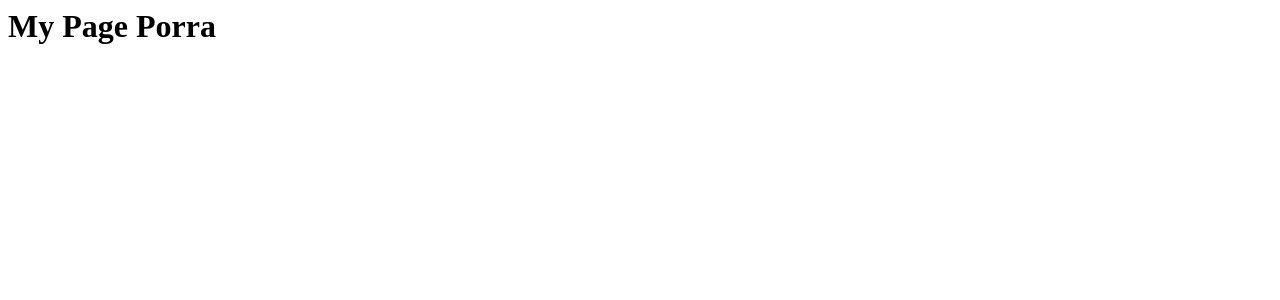
Repository: Arturgouveia1970/SaaS-art-sample
Page: http://localhost/
These files come from the project's save history. The page is drawn as it stood at one moment and after a run of saves; the edit follows.
The browser window is 1280 px wide. The pictures show the whole page.
The page is served by the project's application, run on Django 5.2 (src/manage.py).

Above is the page before, as saved 2025-02-24 10:28:08.

After the next 3 saves:
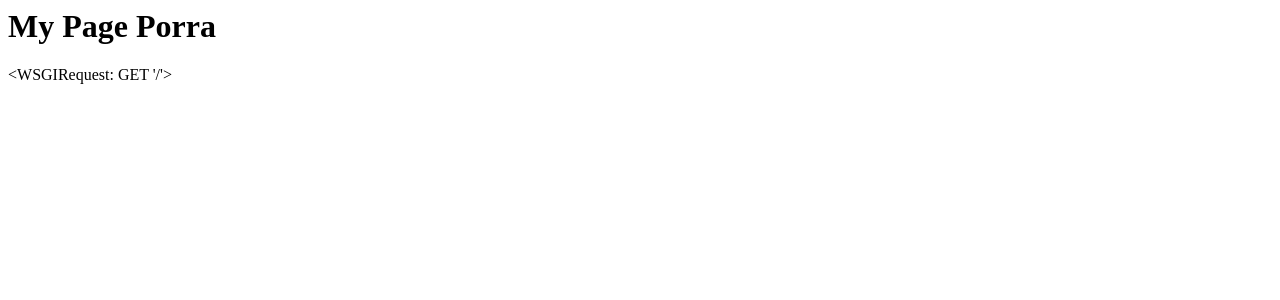
The 3 saves are shown as one change because 1 did not build or start and some came seconds apart.
The last was saved 12 s later.
--- a/src/templates/home.html
+++ b/src/templates/home.html
@@ -6,6 +6,6 @@
 </head>
 <body>
     <h1>{{ page_title }}</h1>
-    <p></p>
+    <p>{{ request }}</p>
 </body>
 </html>
